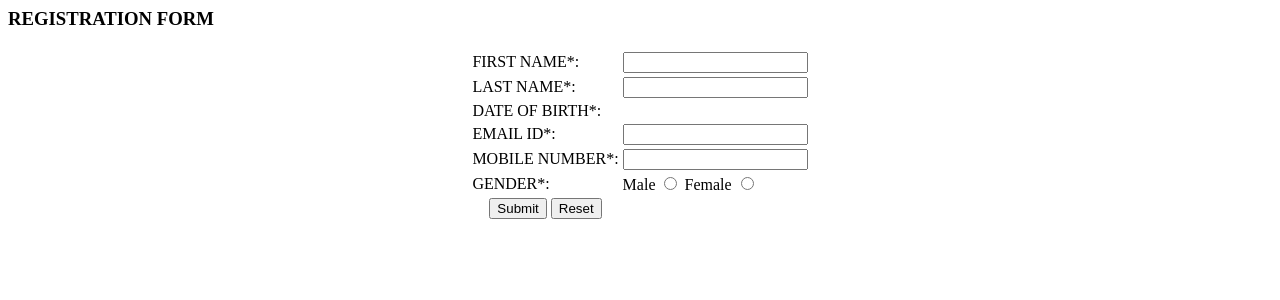
Repository: varshaumeshhs55/ServletProject
Page: LoginRegistrationApp/WebContent/registrationpage.html
An editor plug-in stored every save of this project. The page is shown before and after the next save, followed by the edit.
The browser window is 1280 px wide. The pictures show the whole page.

Above is the page before, as saved 2019-01-23 06:05:28.

### LoginRegistrationApp/WebContent/registrationpage.html
<html>
<head>
<title>Registration Form</title>

</head>

<body>
<h3>REGISTRATION FORM</h3>

<table align="center">

<!----- First Name ---------------------------------------------------------->
<tr>
 	<form action="Registrationform" method="post">

<td>FIRST NAME*:</td>
<td><input type="text" name="First_Name" >
</td>
</tr>

<!----- Last Name ---------------------------------------------------------->
<tr>
<td>LAST NAME*:</td>
<td><input type="text" name="Last_Name" >

</td>
</tr>

<!----- Date Of Birth -------------------------------------------------------->
<tr>
<td>DATE OF BIRTH*:</td>



<!----- Email Id ---------------------------------------------------------->
<tr>
<td>EMAIL ID*:</td>
<td><input type="text" name="Email_Id"></td>
</tr>

<!----- Mobile Number ---------------------------------------------------------->
<tr>
<td>MOBILE NUMBER*:</td>
<td>
<input type="text" name="Mobile_Number">

</td>
</tr>

<!----- Gender ----------------------------------------------------------->
<tr>
<td>GENDER*:</td>
<td>
Male <input type="radio" name="Gender" value="Male" />
Female <input type="radio" name="Gender" value="Female" />
</td>
</tr>


<!----- Submit and Reset ------------------------------------------------->
<tr>
<td align="center">
<input type="submit" value="Submit">
<input type="reset" value="Reset">
</td>
</tr>
</table>
 </form>
</form>

</body>

</html>

After the next save:
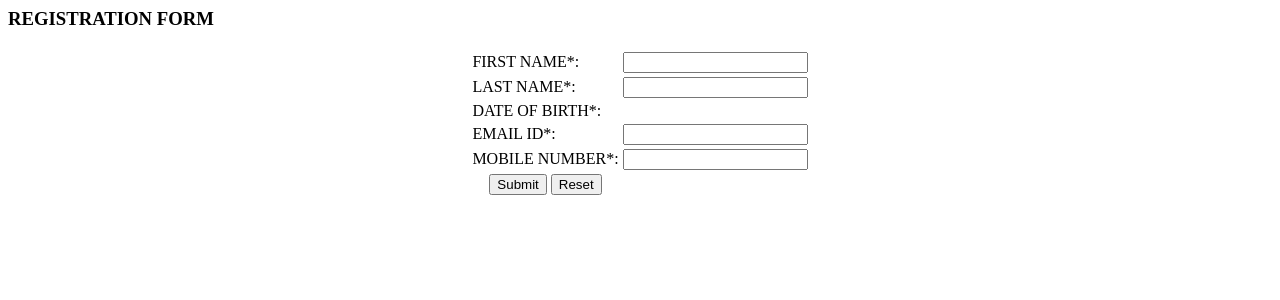
Saved 28 s later.
--- a/LoginRegistrationApp/WebContent/registrationpage.html
+++ b/LoginRegistrationApp/WebContent/registrationpage.html
@@ -47,14 +47,6 @@
 </td>
 </tr>
 
-<!----- Gender ----------------------------------------------------------->
-<tr>
-<td>GENDER*:</td>
-<td>
-Male <input type="radio" name="Gender" value="Male" />
-Female <input type="radio" name="Gender" value="Female" />
-</td>
-</tr>
 
 
 <!----- Submit and Reset ------------------------------------------------->
